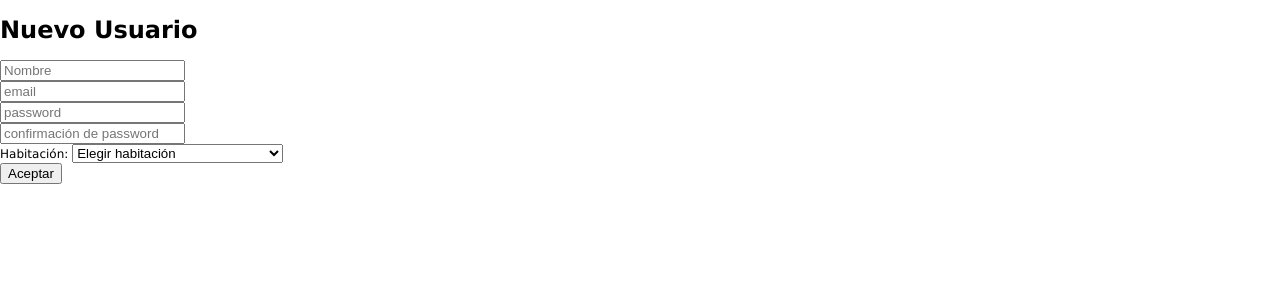
Repository: anagut/java-web
Page: http://localhost/HelloLogin/nuevousuario
These files come from the project's save history. The page is drawn as it stood at one moment and after the next save; the edit follows.
The browser window is 1280 px wide. The pictures show the whole page.
The page is served by Tomcat 9. Other server files are loaded and not shown.

Above is the page before, as saved 2018-11-16 10:57:19.
Console error: TypeError: Cannot set properties of null (setting 'onclick')

### HelloLogin/WebContent/nuevousuario.jsp
<%@ taglib uri="http://java.sun.com/jsp/jstl/core" prefix="c" %>

<%@ page language="java" contentType="text/html; charset=UTF-8"
    pageEncoding="UTF-8"%>
<!DOCTYPE html>
<html>
<head>
<meta charset="UTF-8">
<title>Nuevo Usuario</title>
<link rel="stylesheet" href="./css/style.css"></link>

</head>
<body>
	<h1>Nuevo Usuario</h1>
	<div class="error">${error}</div>
	<form action="" method="POST">
	<div>
	<input type="text" placeholder="Nombre" name="nombre" id="nombre" value="${newusuario.name}" required/>
	</div>
	<div>
	<input type="email" placeholder="email" name="email" id="email" value="${newusuario.email}" required/>
	</div>
	<div>
	<input type="password" placeholder="password" name="password" id="password"/>
	</div>
	<div>
	<input type="password" placeholder="confirmación de password" name="passwordconf" id="passwordconf"/>
	</div>
		<div>
		<label for="habitacion">Habitación:</label>
		<select name="habitacion" id="habitacion">
<!-- 		Aquí irán las habitaciones -->
			<option selected disabled>Elegir habitación</option>
		<c:forEach var="unaHabitacion" items="${lasHabitaciones}">
			<option value="${unaHabitacion.hid}">${unaHabitacion.calle}, ${unaHabitacion.num} (${unaHabitacion.ciudad})</option>
   		</c:forEach>
		</select>
<!-- 		<div><button id="habBtn">Crear nueva habitación</button></div> -->
<!-- 			<div><a href="./nuevahabitacion">Crear nueva habitación</a></div> -->
	</div>

	<div><button>Aceptar</button></div>
	</form>


</body>

<script src="./js/script.js"></script>
</html>

### HelloLogin/src/com/ana/controllers/NuevoUsuarioServlet.java
package com.ana.controllers;

import java.io.IOException;
import java.util.ArrayList;

import javax.servlet.ServletException;
import javax.servlet.annotation.WebServlet;
import javax.servlet.http.HttpServlet;
import javax.servlet.http.HttpServletRequest;
import javax.servlet.http.HttpServletResponse;

import com.ana.database.BBDD;
import com.ana.models.Habitacion;
import com.ana.models.Usuario;

/**
 * Servlet implementation class NuevosUsuariosServlet
 */
@WebServlet("/nuevousuario")
public class NuevoUsuarioServlet extends HttpServlet {
	private static final long serialVersionUID = 1L;

    /**
     * @see HttpServlet#HttpServlet()
     */
    public NuevoUsuarioServlet() {
        super();
        // TODO Auto-generated constructor stub
    }

	/**
	 * @see HttpServlet#doGet(HttpServletRequest request, HttpServletResponse response)
	 */
	protected void doGet(HttpServletRequest request, HttpServletResponse response) throws ServletException, IOException {

		ArrayList<Habitacion> habitaciones = BBDD.getInstance().habitaciones;

		request.setAttribute("lasHabitaciones", habitaciones);

		request.getRequestDispatcher("./nuevousuario.jsp").forward(request, response);

	}
	protected void doPost(HttpServletRequest request, HttpServletResponse response) throws ServletException, IOException {

		String nombrerecibido = request.getParameter("nombre");
		String emailrecibido = request.getParameter("email");
		String passwordrecibido = request.getParameter("password");
		String passwordconfrecibido = request.getParameter("passwordconf");
		String habitacionrecibida = request.getParameter("habitacion");

		int habitrecibidaId = Integer.parseInt(habitacionrecibida);

		System.out.println("Nombre:"+nombrerecibido);
		System.out.println("Email:"+emailrecibido);
		System.out.println("Password:"+passwordrecibido);
		System.out.println("Password:"+passwordconfrecibido);


//		if (emailrecibido!=null && !emailrecibido.equals("") && emailrecibido.indexOf("@")>0) {
//			//continuar e introducir al usuario en bbdd
//		}else {
//			request.setAttribute("error", "Datos incorrectos");
//			request.setAttribute("emailrec", emailrecibido);
//			this.doGet(request, response);
//		}

		Usuario nuevoUser = new Usuario(0, nombrerecibido, emailrecibido, passwordrecibido, BBDD.getInstance().getHabitacionById(habitrecibidaId));

		if (nuevoUser.esValido(passwordconfrecibido)) {
			//continuar e introducir al usuario en bbdd
			BBDD db = BBDD.getInstance();
			db.insertUsuario(nuevoUser);

			response.sendRedirect("listausuarios");

		}else {
			request.setAttribute("error", "Datos incorrectos");
			request.setAttribute("newusuario", nuevoUser);
			this.doGet(request, response);

		}
	}

}

### HelloLogin/src/com/ana/database/BBDD.java
package com.ana.database;

import java.util.ArrayList;

import com.ana.models.Habitacion;
import com.ana.models.Usuario;

public class BBDD {

	private static BBDD instance=null;

	public ArrayList<Usuario> usuarios = new ArrayList<Usuario>();

	public ArrayList<Habitacion> habitaciones = new ArrayList<Habitacion>();

	public static final BBDD getInstance() {
		if(instance==null) instance = new BBDD();
		return instance;
	}

	private BBDD() {
		this.fillUsuarios();
		this.fillHabitaciones();
		this.relacionarUserHab();
	}

	private boolean fillUsuarios() {
		usuarios.add(new Usuario (1, "Pepe", "p@p.es", "ppp", null));
		usuarios.add(new Usuario (2, "Luisa", "l@l.es", "lll", null));
		usuarios.add(new Usuario (3, "Mordor", "m@m.es", "mmm", null));

		return true;
	}



	private boolean fillHabitaciones() {
		habitaciones.add(new Habitacion (101, "Calle Marqués", 23, "Madrid"));
		habitaciones.add(new Habitacion (102, "Calle Pantomima", 57, "Albacete"));
		habitaciones.add(new Habitacion (103, "Calle Pijo", 12, "Murcia"));

		return true;
	}

	private boolean relacionarUserHab() {
		usuarios.get(0).setHabitacion(habitaciones.get(2));
		usuarios.get(1).setHabitacion(habitaciones.get(1));
		usuarios.get(2).setHabitacion(habitaciones.get(0));

		return true;
	}


	//Método que en función de la id me devuelve un objeto usuario concreto
	//Si no encuentra devuelve un null

	public Usuario getUsuarioById(int id) {
		Usuario usuarioADevolver = null;

		//Iteramos por cada usuario y comparamos su id con el que nos indican
		for (Usuario unUsuario: usuarios) {
			if(unUsuario.getId()==id) {
				usuarioADevolver = unUsuario;
				break;	//cuando encuentra el id, sale del bucle
			}
		}
		return usuarioADevolver;
	}

	public Habitacion getHabitacionById(int hid) {
		Habitacion habitacionADevolver = null;

		for (Habitacion unaHab: habitaciones) {
			if(unaHab.getHid()==hid) {
				habitacionADevolver = unaHab;
				break;
			}
		}
		return habitacionADevolver;
	}

	public boolean existeUsuarioPorEmailyPass(String emailrecibido, String passwordrecibido) {
		boolean existeUsuario = false;
//		for (*tipo de variable (objeto)* *variable* : *array sobre el que se busca*)
		for (Usuario unUsuario : usuarios) {
			if (unUsuario.getEmail().equals(emailrecibido) && unUsuario.getPassword().equals(passwordrecibido)) {
				existeUsuario = true;
				break;
			}
		}
		return existeUsuario;
	}

	public int insertUsuario(Usuario newUser) {
		int nuevoId=0;

		nuevoId=this.usuarios.size()+1;	//simulamos que la bd asigna un id consecutivo
		newUser.setId(nuevoId);

		this.usuarios.add(newUser);

		return nuevoId;

	}

	public int insertHabitacion(Habitacion newHab) {
		int nuevoHid=0;

		nuevoHid=this.habitaciones.size()+1;	//simulamos que la bd asigna un id consecutivo
		newHab.setHid(nuevoHid);

		this.habitaciones.add(newHab);

		return nuevoHid;

	}

}

### HelloLogin/src/com/ana/models/Usuario.java
package com.ana.models;

public class Usuario {
	private int id;
	private String name;
	private String email;
	private String password;
	private Habitacion habitacion;


	public Usuario(int id, String name, String email, String password, Habitacion habitacion) {
		super();
		this.id = id;
		this.name = name;
		this.email = email;
		this.password = password;
		this.habitacion = habitacion;
	}


	public String getPassword() {
		return password;
	}


	public void setPassword(String password) {
		this.password = password;
	}


	public int getId() {
		return id;
	}

	public void setId(int id) {
		this.id = id;
	}

	public String getName() {
		return name;
	}

	public void setName(String name) {
		this.name = name;
	}

	public String getEmail() {
		return email;
	}

	public void setEmail(String email) {
		this.email = email;
	}

	public Habitacion getHabitacion() {
		return habitacion;
	}

	public void setHabitacion(Habitacion habitacion) {
		this.habitacion = habitacion;
	}

//valido los campos del usuario sean correctos
	public boolean esValido(String confpassword) {
		boolean esValidx=true;

		if (this.email==null || this.email.equals("") || this.email.indexOf("@")<=0) esValidx = false;

		if (this.name==null || this.name.equals("") || this.name.matches("(.*)?[0-9](.*)?")) esValidx = false;

		if (this.password==null || this.password.equals("")) esValidx = false;

		if (!this.password.equals(confpassword)) esValidx= false;

		return esValidx;
	}





}

### HelloLogin/src/com/ana/models/Habitacion.java
package com.ana.models;

public class Habitacion {
	private int hid;
	private String calle;
	private int num;
	private String ciudad;


	public Habitacion(int hid, String calle, int num, String ciudad) {
		super();
		this.hid = hid;
		this.calle = calle;
		this.num = num;
		this.ciudad = ciudad;
	}


	public int getHid() {
		return hid;
	}


	public void setHid(int hid) {
		this.hid = hid;
	}


	public String getCalle() {
		return calle;
	}


	public void setCalle(String calle) {
		this.calle = calle;
	}


	public int getNum() {
		return num;
	}


	public void setNum(int num) {
		this.num = num;
	}


	public String getCiudad() {
		return ciudad;
	}


	public void setCiudad(String ciudad) {
		this.ciudad = ciudad;
	}

	public boolean esValido() {
		boolean valido = true;
		if (this.calle==null || this.calle.equals("")) valido = false;
		if (this.num < 0) valido = false;
		return valido;
	}


}

### HelloLogin/WebContent/css/style.css
body{
	margin: 0;
	padding: 0;
	font-family: Verdana;
	font-size: 12px;
}

h1{
	font-size: 2em;
}

ul{
	list-style: none;
	margin: 0;
	padding: 0;
}

ul > li > a > div{
	display: inline-block;
	margin: 1em;
}

.error {
	color: red;
}

a {text-decoration: none;}

### HelloLogin/WebContent/js/script.js
console.log("hola")

document.getElementById("habBtn").onclick = function(evnt) {
evnt.preventDefault();
window.location.href = "./nuevahabitacion";
}

document.getElementById("volverBtn").onclick = function(){
	window.history.back();
}

After the next save:
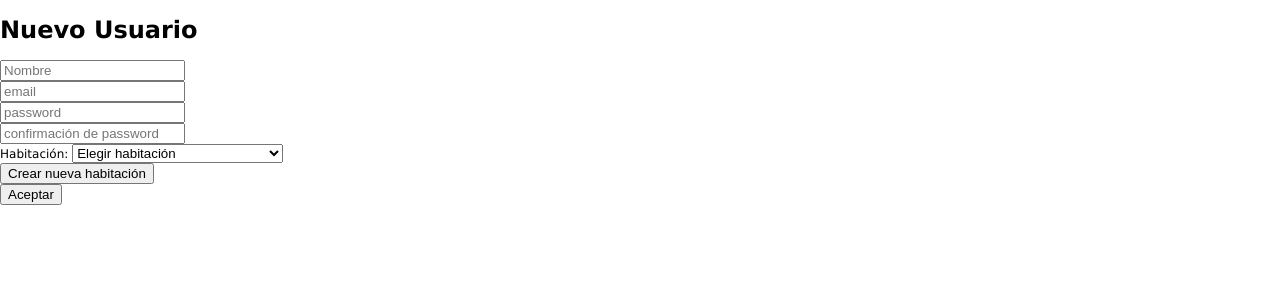
Saved 11 s later.
--- a/HelloLogin/WebContent/nuevousuario.jsp
+++ b/HelloLogin/WebContent/nuevousuario.jsp
@@ -35,7 +35,7 @@
 			<option value="${unaHabitacion.hid}">${unaHabitacion.calle}, ${unaHabitacion.num} (${unaHabitacion.ciudad})</option>
    		</c:forEach>
 		</select>
-<!-- 		<div><button id="habBtn">Crear nueva habitación</button></div> -->
+	<div><button id="habBtn">Crear nueva habitación</button></div>
 <!-- 			<div><a href="./nuevahabitacion">Crear nueva habitación</a></div> -->
 	</div>
 
